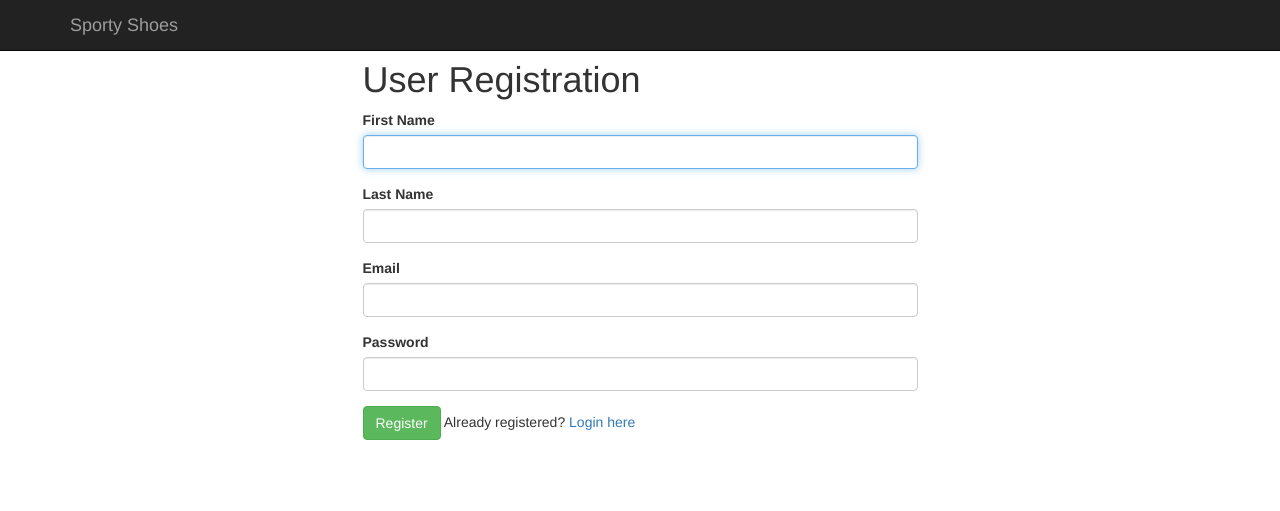
Repository: Niks4u2/SportyShoes
Page: http://localhost/registration
An editor plug-in stored every save of this project. The page is shown before and after the next save, followed by the edit.
The browser window is 1280 px wide. The pictures show the whole page.
The page is this project's Thymeleaf template; nobody is signed in. The template is opened directly, without the code that normally fills it, so the values that code supplies are empty.

Above is the page before, as saved 2021-11-07 17:25:33.

After the next save:
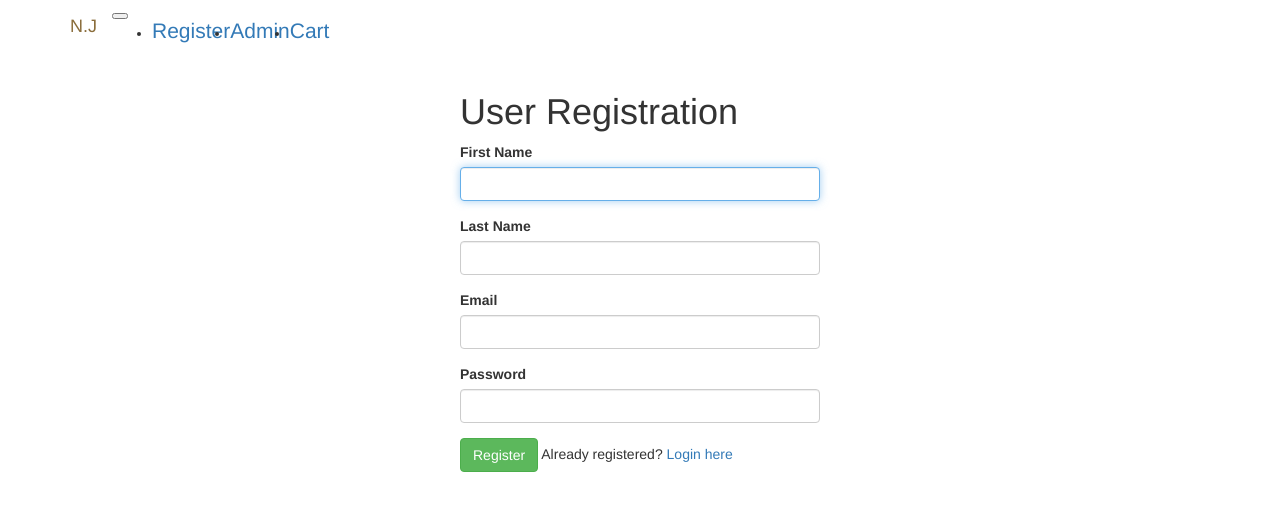
Saved 37 s later.
--- a/Source Code/sporty-shoes/src/main/resources/templates/registration.html
+++ b/Source Code/sporty-shoes/src/main/resources/templates/registration.html
@@ -9,29 +9,32 @@
 	crossorigin="anonymous">
 </head>
 <body>
-
-	<!-- create navigation bar ( header) -->
-	<nav class="navbar navbar-inverse navbar-fixed-top">
-		<div class="container">
-			<div class="navbar-header">
-				<button type="button" class="navbar-toggle collapsed"
-					data-toggle="collapse" data-target="#navbar" aria-expanded="false"
-					aria-controls="navbar">
-					<span class="sr-only">Toggle navigation</span> <span
-						class="icon-bar"></span> <span class="icon-bar"></span> <span
-						class="icon-bar"></span>
-				</button>
-				<a class="navbar-brand" href="#" th:href="@{/}">Sporty Shoes</a>
-			</div>
-		</div>
-	</nav>
-
-<br>
-<br>
+    <!-- Navbar -->
+    <nav class="navbar navbar-expand-lg bg-dark navbar-dark fixed-top">
+        <div class="container">
+            <a href="#" class="navbar-brand text-warning fw-bold fs-2 animate__animated animate__bounce">N.J</a>
+            <button class="navbar-toggler" type="button" data-bs-toggle="collapse" data-bs-target="#navmenu">
+                <span class="navbar-toggler-icon"></span>
+            </button>
+            <div class="collapse navbar-collapse" id="navmenu">
+                <ul class="navbar-nav ms-auto">
+                    <li class="nav-item">
+                        <a href="#about" class="nav-link lead px-3">Register</a>
+                    </li>
+                    <li class="nav-item">
+                        <a href="#work" class="nav-link lead px-3">Admin</a>
+                    </li>
+                    <li class="nav-item">
+                        <a href="#contact" class="nav-link lead px-3">Cart</a>
+                    </li>
+                </ul>
+            </div>
+        </div>
+    </nav>
 	<!-- Create HTML registration form -->
 	<div class="container">
 		<div class="row">
-			<div class="col-md-6 col-md-offset-3">
+			<div class="col-md-4 col-md-offset-4">
 
 				<!-- success message -->
 				<div th:if="${param.success}">
